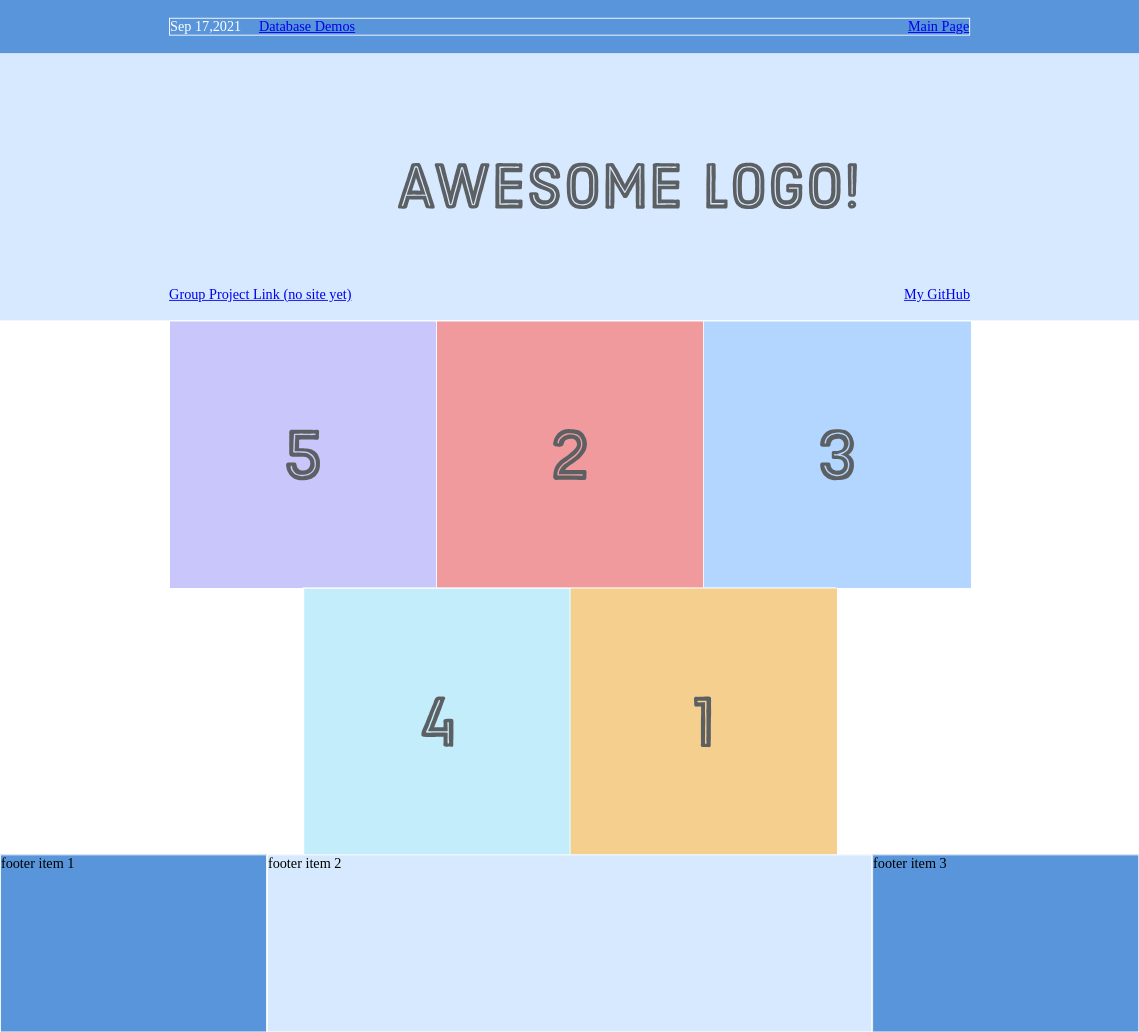
Repository: arkomz/INST377-Lab-Work
Page: client/lab_3/index.html
The author's editor kept a copy of each file at every save. The page is drawn from the files as they stood at one save, then again after the next save.
The browser window is 1280 px wide. The pictures show the whole page, at 89% of full size.

Above is the page before, as saved 2021-09-17 14:22:19.

### client/lab_3/index.html
<!DOCTYPE html>
<html lang='en'>
  <head>
    <meta charset='UTF-8'/>
    <title>Arko Mazumder</title>
    <link rel='stylesheet' href='styles.css'/>
  </head>
  <body>
    <div class='menu-container'>
      <div class='menu'>
        <div class='date'>Sep 17,2021</div>

              <div class='login'> <a href = 'data.html'> Database Demos </a> </div>
              <div class='signup'> <a href = 'index.html'> Main Page </a> </div>

      </div>
      </div>

      <div class='header-container'>
            <div class='header'>
            <div class='subscribe'> <a href =  "https://INST377Group4.com"> Group Project Link (no site yet)</a></div>
            <div class='logo'><img src='images/awesome-logo.svg'/></div>
            <div class='social'> <a href = "https://github.com/arkomz"> My GitHub </a> </div>
          </div>
        </div>

    <div class='photo-grid-container'>
              <div class='photo-grid'>
                <div class='photo-grid-item first-item'>
                  <img src='images/one.svg'/>
                </div>
                <div class='photo-grid-item'>
                  <img src='images/two.svg'/>
                </div>
                <div class='photo-grid-item'>
                  <img src='images/three.svg'/>
                </div>
                <div class='photo-grid-item'>
                  <img src='images/four.svg'/>
                </div>
                <div class='photo-grid-item last-item'>
                  <img src='images/five.svg'/>
                </div>
              </div>
            </div>

            <div class='footer'>
            <div class='footer-item Footer One footer-one'> footer item 1</div>
            <div class='footer-item footer-two'> footer item 2</div>
            <div class='footer-item footer-three'> footer item 3</div>
          </div>
  </body>

### client/lab_3/styles.css
* {
    margin: 0;
    padding: 0;
    box-sizing: border-box;
  }

  .menu-container {
    color: #fff;
    background-color: #5995DA;  /* Blue */
    padding: 20px 0;
    display: flex;
    justify-content: center;
  }

  .menu {
    border: 1px solid #fff;
    width: 900px;
    display: flex;
    justify-content: space-between;
  }

  .links {
    border: 1px solid #fff;  /* For debugging */
    display: flex;
    justify-content: flex-end;
  }

  .login {
    margin-left: 20px;
  }

  .header-container {
    color: #5995DA;
    background-color: #D6E9FE;
    display: flex;
    justify-content: center;
  }

  .header {
    width: 900px;
    height: 300px;
    display: flex;
    justify-content: space-between;
    align-items: center;
  }

  .photo-grid-container {
    display: flex;
    justify-content: center;
  }

  .photo-grid {
    width: 900px;
    display: flex;
    justify-content: center;
    flex-wrap: wrap;
    flex-direction: row;
    align-items: center;
  }

  .photo-grid-item {
    border: 1px solid #fff;
    width: 300px;
    height: 300px;
  }

  .first-item {
    order: 1;
  }

  .last-item {
    order: -1;
  }

  .social,
  .subscribe {
    align-self: flex-end;
    margin-bottom: 20px;
    }

    .footer {
        display: flex;
        justify-content: space-between;
      }

  .footer-item {
    border: 1px solid #fff;
    background-color: #D6E9FE;
    height: 200px;
    flex: 1;
  }

  .footer-three {
    flex: 2;
  }

  .footer-one,
  .footer-three {
    background-color: #5995DA;
    flex: initial;
    width: 300px;
  }

  .signup {
       color: #fff;
    margin-left: auto;
  }

After the next save:
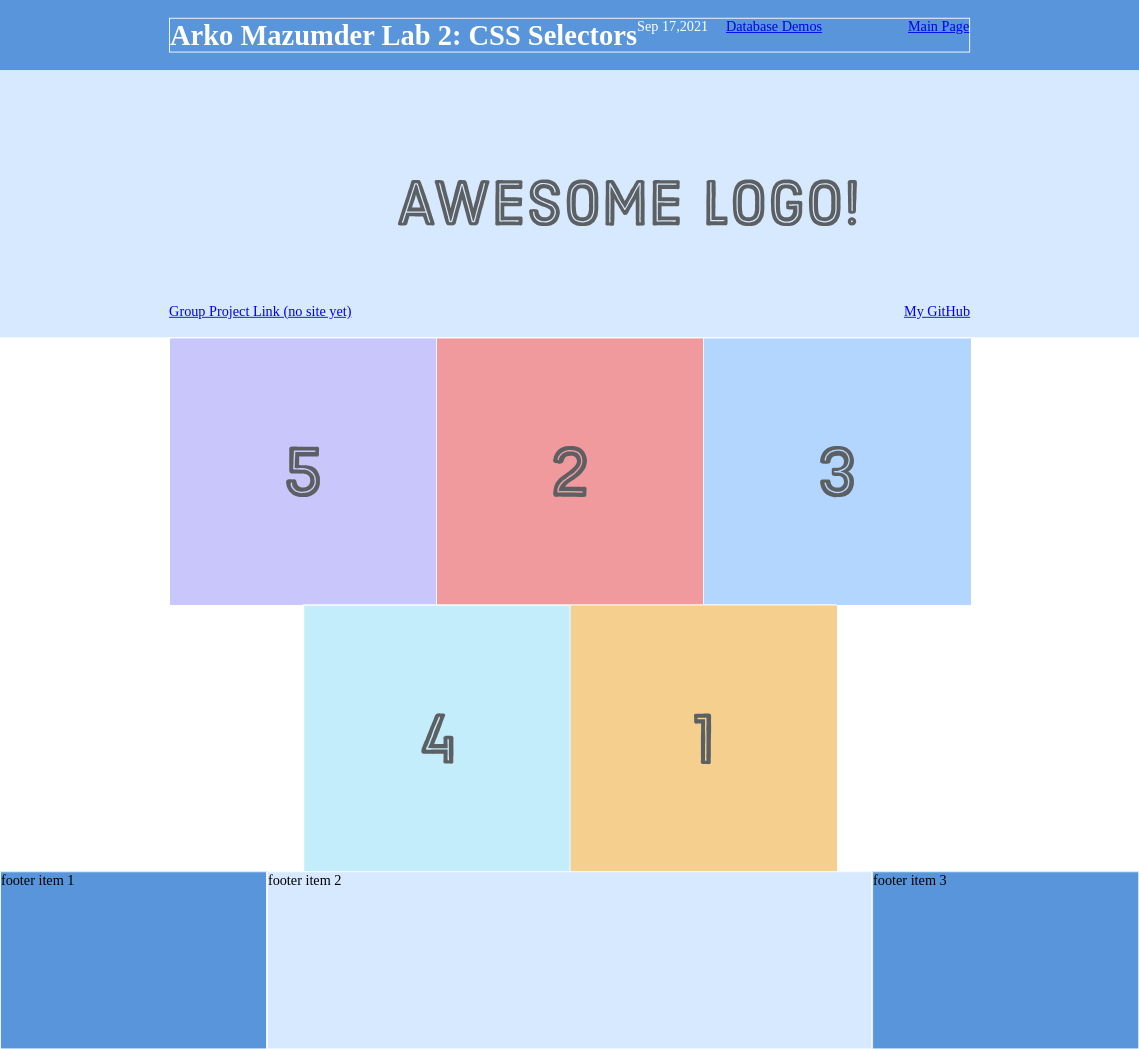
Saved 2 min 4 s later.
--- a/client/lab_3/index.html
+++ b/client/lab_3/index.html
@@ -8,6 +8,7 @@
   <body>
     <div class='menu-container'>
       <div class='menu'>
+        <h1 class='title'> Arko Mazumder Lab 2: CSS Selectors</h1>
         <div class='date'>Sep 17,2021</div>
 
               <div class='login'> <a href = 'data.html'> Database Demos </a> </div>
